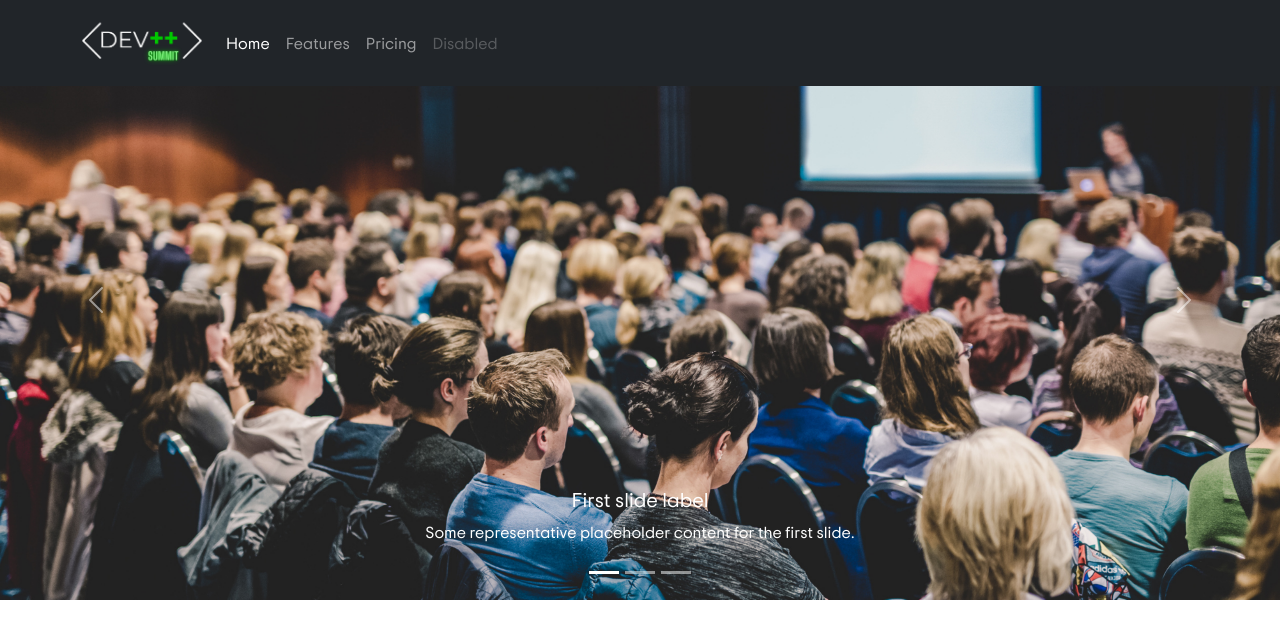
Repository: GScholl/ProjetoWeb_
Page: index.html
These files come from the project's save history. The page is drawn as it stood at one moment and after the next save; the edit follows.
The browser window is 1280 px wide. The pictures show the whole page.

Above is the page before, as saved 2023-08-23 09:16:49.

### index.html
<!DOCTYPE html>
<html lang="pt-BR">

<head>
  <meta charset="UTF-8">
  <meta name="viewport" content="width=device-width, initial-scale=1.0">
  <title>Dev+</title>
  <link rel="stylesheet" href="/Bootstrap/css/bootstrap.min.css">
  <link rel="stylesheet" href="/css/style.css">
</head>

<body>
  <nav class="navbar navbar-expand-lg fixed-top navbar-dark bg-dark t">
    <div class="container d-flex  flex-row  justify-content-between">


        <a class="navbar-brand" href="#"><img src="/img/DEV+.png" alt="logotipo da conferência" class="logo"></a>
        <button class="navbar-toggler" type="button" data-bs-toggle="collapse" data-bs-target="#navbarNav"
          aria-controls="navbarNav" aria-expanded="false" aria-label="Toggle navigation">
          <span class="navbar-toggler-icon"></span>
        </button>

      <div class="collapse navbar-collapse   " id="navbarNav">
        <ul class="navbar-nav">
          <li class="nav-item">
            <a class="nav-link active" aria-current="page" href="#">Home</a>
          </li>
          <li class="nav-item">
            <a class="nav-link" href="#">Features</a>
          </li>
          <li class="nav-item">
            <a class="nav-link" href="#">Pricing</a>
          </li>
          <li class="nav-item">
            <a class="nav-link disabled">Disabled</a>
          </li>
        </ul>
      </div>

    </div>
  </nav>
<div id="carouselExampleCaptions" class="carousel slide" data-bs-ride="false">
  <div class="carousel-indicators">
    <button type="button" data-bs-target="#carouselExampleCaptions" data-bs-slide-to="0" class="active"
      aria-current="true" aria-label="Slide 1"></button>
    <button type="button" data-bs-target="#carouselExampleCaptions" data-bs-slide-to="1" aria-label="Slide 2"></button>
    <button type="button" data-bs-target="#carouselExampleCaptions" data-bs-slide-to="2" aria-label="Slide 3"></button>
  </div>

  <div class="carousel-inner">
    <div class="carousel-item active ">
      <img src="/img/1.png" class="d-block w-100" alt="Palestra">
      <div class="carousel-caption d-none d-md-block">
        <h5>First slide label</h5>
        <p>Some representative placeholder content for the first slide.</p>
      </div>
    </div>
    <div class="carousel-item ">
      <img src="/img/2.png" class="d-block w-100" alt="Palestra">
      <div class="carousel-caption d-none d-md-block">
        <h5>Second slide label</h5>
        <p>Some representative placeholder content for the second slide.</p>
      </div>
    </div>
    <div class="carousel-item">
    <img src="/img/3.png" class="d-block w-100" alt="Palestrante">
      <div class="carousel-caption d-none d-md-block">
        <h5>Third slide label</h5>
        <p>Some representative placeholder content for the third slide.</p>
      </div>
    </div>
  </div>
  <button class="carousel-control-prev" type="button" data-bs-target="#carouselExampleCaptions" data-bs-slide="prev">
    <span class="carousel-control-prev-icon" aria-hidden="true"></span>
    <span class="visually-hidden">Previous</span>
  </button>
  <button class="carousel-control-next" type="button" data-bs-target="#carouselExampleCaptions" data-bs-slide="next">
    <span class="carousel-control-next-icon" aria-hidden="true"></span>
    <span class="visually-hidden">Next</span>
  </button>
</div>
  <script src="/Bootstrap/js/bootstrap.bundle.min.js"></script>
</body>

</html>

### css/style.css
@font-face {
  font-family: "Trip-sans";
  src: url(/font/TripSans-Regular.ttf);
}
*{
  font-family: "Trip-sans",sans-serif;
  transition: .2s all;
}
.logo{

  height: 60px;
}

Loaded but not shown: Bootstrap/css/bootstrap.min.css (library); Bootstrap/js/bootstrap.bundle.min.js (library)

After the next save:
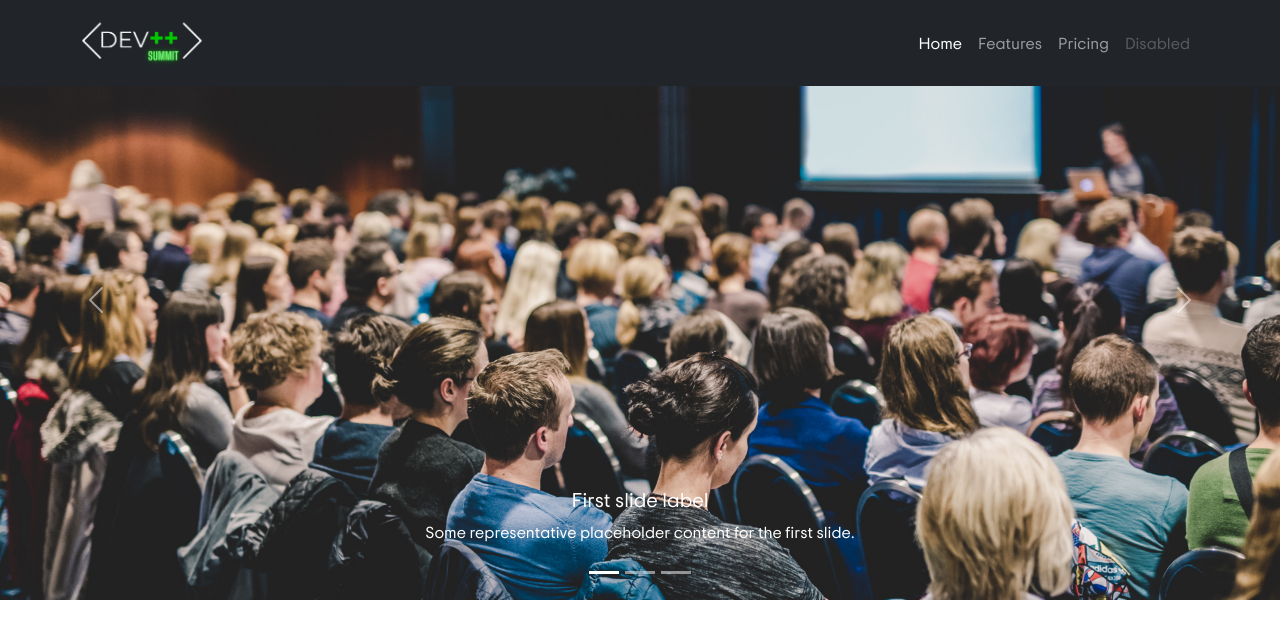
Saved 2 min 59 s later.
--- a/index.html
+++ b/index.html
@@ -20,7 +20,7 @@
           <span class="navbar-toggler-icon"></span>
         </button>
 
-      <div class="collapse navbar-collapse   " id="navbarNav">
+      <div class="collapse navbar-collapse justify-content-end  " id="navbarNav">
         <ul class="navbar-nav">
           <li class="nav-item">
             <a class="nav-link active" aria-current="page" href="#">Home</a>
